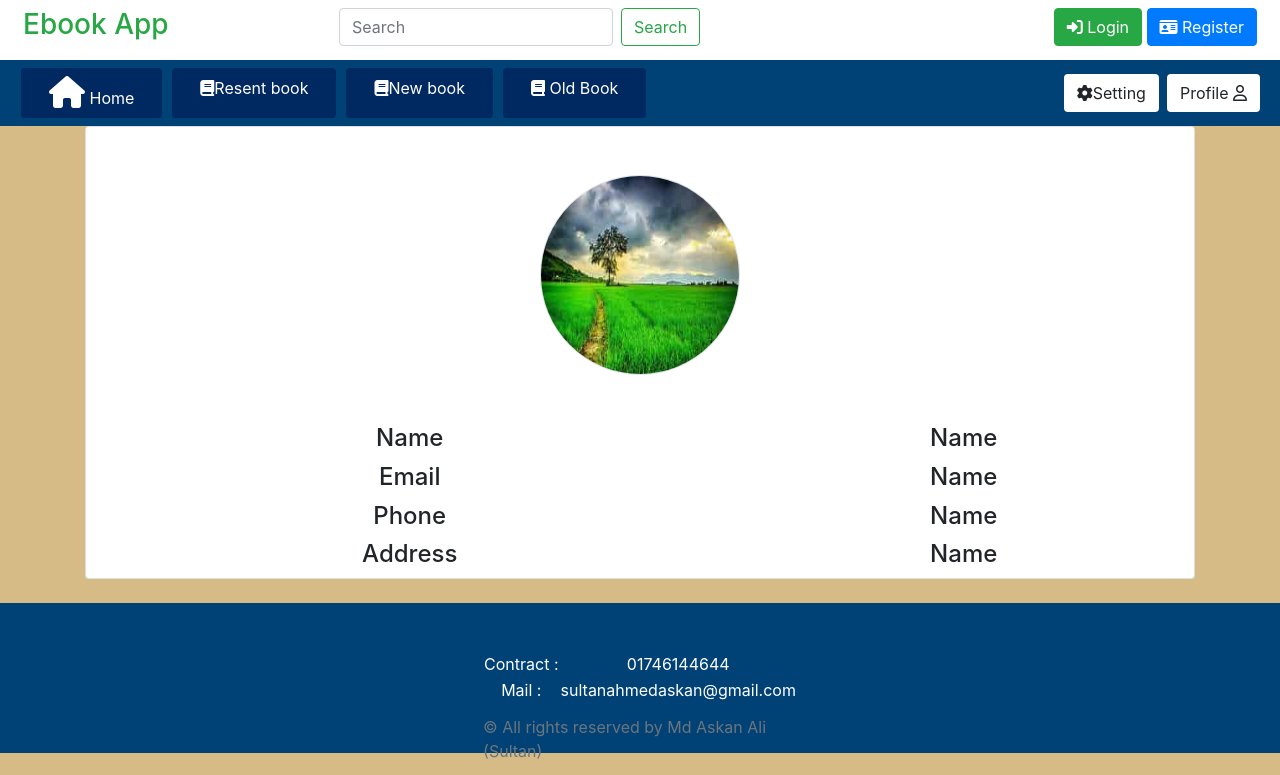
Repository: sultanaskan/EbookApp
Page: http://localhost/ebook/profile.jsp
An editor plug-in stored every save of this project. The page is shown before and after the next save, followed by the edit.
The browser window is 1280 px wide. The pictures show the whole page.
The page is served by Tomcat 9. Other server files are loaded and not shown.

Above is the page before, as saved 2024-05-06 08:04:59.

### ebook/src/main/webapp/profile.jsp
<%@page import="com.entity.Cart"%>
<%@page import="com.entity.Book"%>
<%@page import="java.util.List"%>
<%@page import="com.DAO.DBconn"%>
<%@ page language="java" contentType="text/html; charset=UTF-8"
	pageEncoding="UTF-8"%>

<%@ taglib prefix="c" uri="http://java.sun.com/jsp/jstl/core"%>
<%@ page isELIgnored="false"%>

<!DOCTYPE html>
<html>
<head>
<meta charset="UTF-8">
<title>New Book:</title>
<%@include file="components/allcss.jsp"%>


</head>
<body>
	<%@include file="components/navbar.jsp"%>


	<div class="container">
		<div class="card text-center">

			<div class="m-5">
				<img height="200px" width="200px"
					class="rounded-circle border w-5 h-5 r " alt=""
					src="data:[embedded picture, 7115 characters]">

			</div>

			<table class="r-6">
				<tr>
					<td><h4>Name</h4></td>
					<td><h4>Name</h4></td>
				</tr>
				<tr>
					<td><h4>Email</h4></td>
					<td><h4>Name</h4></td>
				</tr>
				<tr>
					<td><h4>Phone</h4></td>
					<td><h4>Name</h4></td>
				</tr>
				<tr>
					<td><h4>Address</h4></td>
					<td><h4>Name</h4></td>
				</tr>
			</table>

		</div>

	</div>



	<br>









	<%@include file="components/footer.jsp"%>
</body>
</html>

### ebook/src/main/webapp/components/allcss.jsp
<script
	src="https://cdn.jsdelivr.net/npm/jquery@3.5.1/dist/jquery.slim.min.js"></script>
<script
	src="https://cdn.jsdelivr.net/npm/popper.js@1.16.1/dist/umd/popper.min.js"></script>
<script
	src="D:/All projects/java web/EbookApp/src/main/webapp/components/bootstrap-4.6.2-dist/js/bootstrap.min.js"></script>

<link rel="stylesheet"
	href="https://cdn.jsdelivr.net/npm/bootstrap@4.6.2/dist/css/bootstrap.min.css">
<script
	src="https://cdn.jsdelivr.net/npm/bootstrap@4.6.2/dist/js/bootstrap.bundle.min.js"></script>
<link rel="stylesheet"
	href="https://cdnjs.cloudflare.com/ajax/libs/font-awesome/6.4.2/css/all.min.css" />

<link rel="stylesheet" href="components/style.css">

### ebook/src/main/webapp/components/navbar.jsp
<%@page import="java.sql.Connection"%>
<%@page import="com.db.Database"%>
<%@page import="com.entity.user"%>
<%@page import="com.DAO.DAOImpl"%>
<%@page import="com.DAO.DBconn"%>
<%@include file="jstl.jsp" %>


<% Connection conn =new Database().Dbconn(); %>


<div class="container-fluid bg-white  " style="min-height: 60px">
	<div class="row p-2">
		<div class="col-md-3">
			<h3 class="text-success float-left">Ebook App</h3>
		</div>
		<div class=" col-md-5">
			<form class="form-inline my-2 my-lg-0">
				<input class="form-control mr-sm-2" type="search"
					placeholder="Search" aria-label="Search">
				<button class="btn btn-outline-success my-2 my-sm-0" type="submit">Search</button>
			</form>
		</div>

		<c:if test="${not empty  logedin }">
			<div class="col-md-4  text-right">
				<a href="profile.jsp" class="btn btn-primary "><i
					class="fa-regular fa-user"></i> Profile</a>
				<button data-toggle="modal" data-target="#exampleModal"
					class="btn btn-danger ">
					<i class="fa-solid fa-right-from-bracket"></i> Logout
				</button>
			</div>
		</c:if>

		<c:if test="${empty logedin}">
			<div class="col-md-4  text-right">
				<a href="login.jsp" class="btn btn-success "><i
					class="fa-solid fa-right-to-bracket "></i> Login</a> <a
					href="register.jsp" class="btn btn-primary "><i
					class="fa-solid fa-id-card"></i> Register</a>
			</div>
		</c:if>


	</div>
</div>



<nav class="navbar navbar-expand-lg navbar-dark  sticky-top"
	style="background: #004275">
	<button class="navbar-toggler" type="button" data-toggle="collapse"
		data-target="#navbarSupportedContent"
		aria-controls="navbarSupportedContent" aria-expanded="false"
		aria-label="Toggle navigation">
		<span class="navbar-toggler-icon"></span>
	</button>
	<div class="row collapse navbar-collapse" id="navbarSupportedContent">
		<div class=" col-md-7 float-left ">
			<ul class="navbar-nav mr-auto">
				<li class="nav-item active"><a class="nav-link"
					href="index.jsp"> <i class="fa-solid fa-house fa-2x"></i> Home
				</a></li>
				<li class="nav-item active"><a class="nav-link"
					href="resentbook.jsp"> <i class="fa-solid fa-book"></i>Resent
						book
				</a></li>
				<li class="nav-item  active"><a class="nav-link"
					href="newbook.jsp"> <i class="fa-solid fa-book"></i>New book
				</a></li>
				<li class="nav-item active"><a class="nav-link "
					href="oldbook.jsp"> <i class="fa-solid fa-book"></i> Old Book
				</a></li>
			</ul>
		</div>

		<div class="col-md-5 ">
			<a class=" float-right btn bg-white mx-1" href="#">Profile <i
				class="fa-regular fa-user"></i>
			</a> <a href="setting.jsp" class=" float-right btn bg-white mx-1"
				href="#"><i class="fa-solid fa-gear"></i>Setting </a>




			<c:if test="${not empty logedin }">

				<%
				DAOImpl daoNav = new DAOImpl(conn);
				user uNav = (user) session.getAttribute("logedin");
				int uidNav = uNav.getUid();
				int totalCarts = daoNav.getCartsCountByUid(uidNav);
				System.out.println("total Carts is: " + totalCarts);
				%>

				<a href="cart.jsp" class="float-right  btn bg-white mx-1"
					href="#"> <i class="fa-solid fa-cart-arrow-down"></i> <sup
					style="font-size: 15px; width: 250px"
					class="bg-danger rounded text-white"> <%=totalCarts%>
				</sup>
				</a>
			</c:if>


		</div>

	</div>
</nav>





<!-- Modal -->
<div class="modal fade" id="exampleModal" tabindex="-1"
	aria-labelledby="exampleModalLabel" aria-hidden="true">
	<div class="modal-dialog">
		<div class="modal-content">
			<div class="modal-header">
				<h5 class="modal-title" id="exampleModalLabel">warning !</h5>
				<button type="button" class="close" data-dismiss="modal"
					aria-label="Close">
					<span aria-hidden="true">&times;</span>
				</button>
			</div>
			<div class="modal-body">Are you sure you want to logout?</div>
			<div class="modal-footer">
				<button type="button" class="btn btn-secondary" data-dismiss="modal">No</button>
				<a href="Logout" type="button" class="btn btn-primary">Yes</a>
			</div>
		</div>
	</div>
</div>

### ebook/src/main/webapp/components/jstl.jsp
<%@ taglib prefix = "c" uri = "http://java.sun.com/jsp/jstl/core" %>
<%@  page isELIgnored="false" %>

### ebook/src/main/webapp/components/footer.jsp
<div class="container-fluid  text-center " style="height:150px; background:#004275">
	<div class="row text-center text-white pt-5 justify-content-center">


		<table>
		<caption>&copy All rights reserved by Md Askan Ali (Sultan)</caption>

		<tr>
		<td>Contract : </td>
		<td>01746144644</td>
		</tr>
		<tr>
		<td>Mail     : </td>
		<td>sultanahmedaskan@gmail.com</td>
		</tr>
		</table>
	</div>
</div>

### ebook/src/main/java/com/db/Database.java
package com.db;

import java.sql.Connection;
import java.sql.DriverManager;
import java.sql.SQLException;

public class Database{






	public Database() {
		super();
		// TODO Auto-generated constructor stub
	}

	public Connection Dbconn() {
		// TODO Auto-generated method stub
		Connection conn  = null;
		String url= "jdbc:mysql://localhost:3306/ebook";
		String user= "root";
		String password= "";

		try {
			Class.forName("com.mysql.cj.jdbc.Driver");
		} catch (ClassNotFoundException e) {
			// TODO Auto-generated catch block
			e.printStackTrace();
		}

		try {

			conn = DriverManager.getConnection(url,user, password);
		} catch (SQLException e) {
			// TODO Auto-generated catch block
			e.printStackTrace();
		}

		return conn;
	}


}

### ebook/src/main/webapp/components/style.css

body{
	background-color:#D6BB87;
}
.gcardbook{
	height: 135px;
	width: 100px;
}
.resentbook{
	background-color: rgba(132, 151, 134,0.4);
	border-radius: 10px;
}

.newbook{
	background-color: rgba(148, 124, 145,0.4);
	border-radius: 10px;
}

.oldbook{
	background-color: rgba(155, 152, 130,.4);
	border-radius: 10px;
}
.card {
	background-color: rgba(255, 255, 223,0.3);
	transition: 1s ease-in-out ;
}
.card{
	background-color: white;
}

.navbar ul li{
	padding-left: 20px;
	padding-right: 20px;
	background-color: rgba(0, 0, 68, .4);
	border-radius: 4px;
	margin-right: 5px;
	margin-left: 5px;
}

.navbar ul li:hover {
	background-color:rgb(128, 0, 128);
	transition: .3s ease-in-out;
	color:rgb(0, 0, 64) !important;
	border-radius: 4px;

}

After the next save:
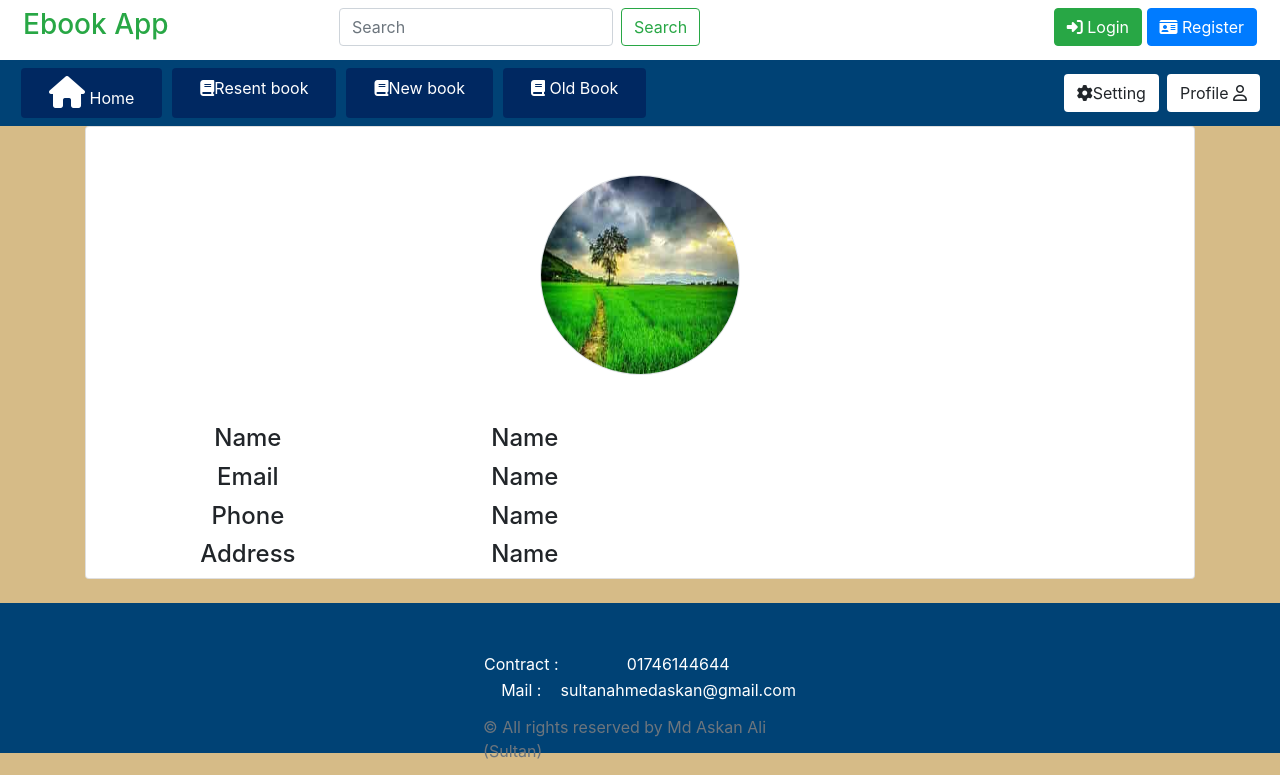
Saved 12 s later.
--- a/ebook/src/main/webapp/profile.jsp
+++ b/ebook/src/main/webapp/profile.jsp
@@ -31,7 +31,7 @@
 
 			</div>
 
-			<table class="r-6">
+			<table class="col-6">
 				<tr>
 					<td><h4>Name</h4></td>
 					<td><h4>Name</h4></td>
